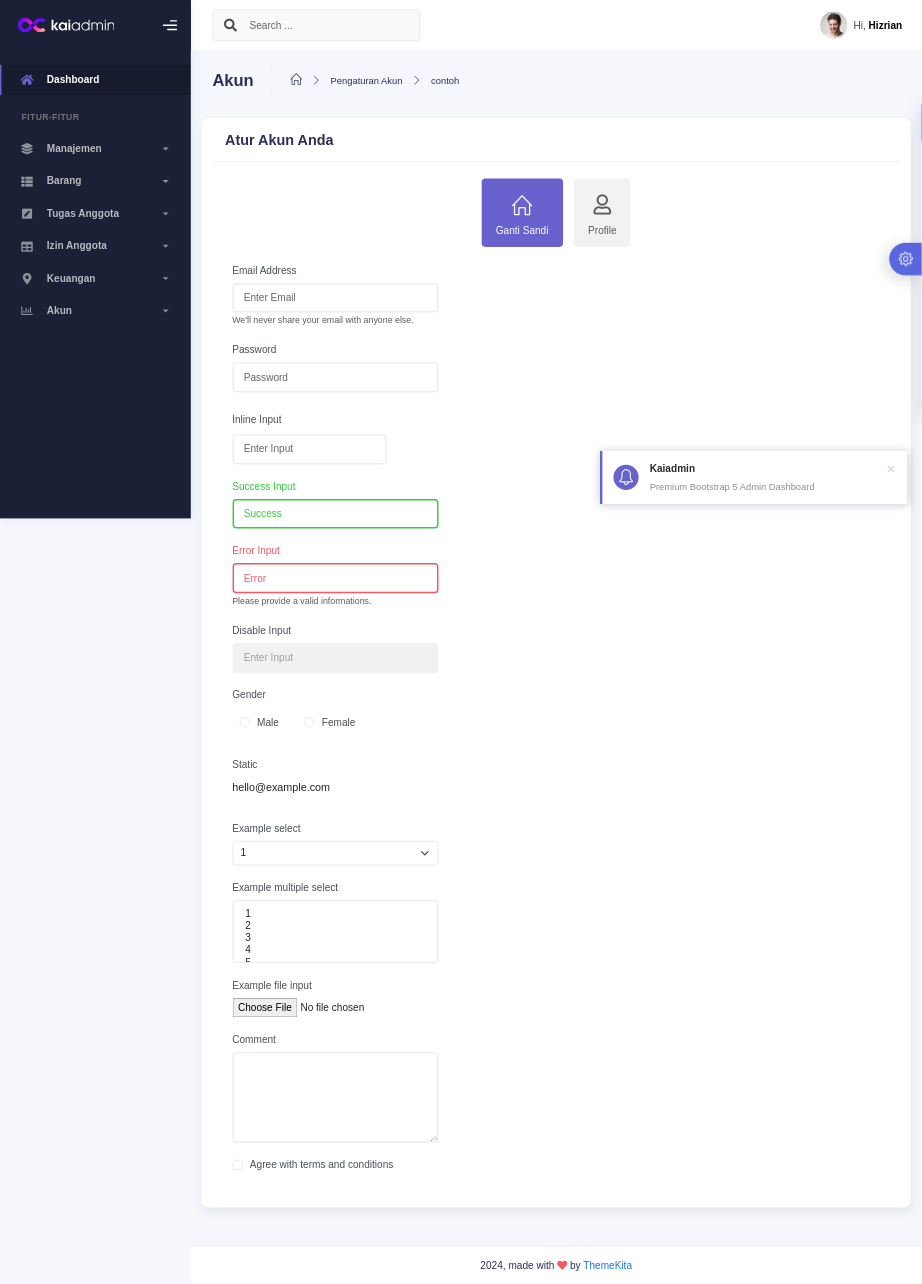
Repository: fatkquladhim/multimedia_laravel
Page: http://localhost/akun
These files come from the project's save history. The page is drawn as it stood at one moment and after the next save; the edit follows.
The browser window is 1280 px wide. The pictures show the whole page, at 72% of full size.
Some web fonts or font styles are not loaded; a fallback is used. The page is served by the project's Laravel application, run on PHP 8.4 with Laravel 12. Other server files are loaded and not shown.

Above is the page before, as saved 2025-08-16 23:09:58.
Console error: ReferenceError: jsVectorMap is not defined

### routes/web.php
<?php

use Illuminate\Support\Facades\Route;


Route::get('/', function () {
    return view('dashboard.admin');
});
Route::get('/anggota', function () {
    return view('anggota.tampil');
});
Route::get('/laptop', function () {
    return view('laptop.tampil');
});
Route::get('/alat', function () {
    return view('alat.tampil');
});
Route::get('/akses', function () {
    return view('akses.tampil');
});
Route::get('/peminjaman', function () {
    return view('peminjaman.tampil');
});
Route::get('/penyewaan', function () {
    return view('penyewaan.tampil');
});
Route::get('/tugas', function () {
    return view('tugas.tampil');
});
Route::get('/izin_malam', function () {
    return view('izin_malam.tampil');
});
Route::get('/izin_nugas', function () {
    return view('izin_nugas.tampil');
});
Route::get('/keuangan', function () {
    return view('keuangan.tampil');
});
Route::get('/akun', function () {
    return view('akun.tampil');
});
Route::get('/logout', function () {
    return view('logout.tampil');
});

### resources/views/akun/tampil.blade.php
@extends('layouts.master')
@section('content')
    <div class="page-inner">
        <div class="page-header">
            <h3 class="fw-bold mb-3">Akun</h3>
            <ul class="breadcrumbs mb-3">
                <li class="nav-home">
                    <a href="#">
                        <i class="icon-home"></i>
                    </a>
                </li>
                <li class="separator">
                    <i class="icon-arrow-right"></i>
                </li>
                <li class="nav-item">
                    <a href="#">Pengaturan Akun</a>
                </li>
                <li class="separator">
                    <i class="icon-arrow-right"></i>
                </li>
                <li class="nav-item">
                    <a href="#">contoh</a>
                </li>
            </ul>
        </div>
        <div class="row">
          <div class="card">
              <div class="card-header">
                <h4 class="card-title">Atur Akun Anda</h4>
              </div>
              <div class="card-body">
                <ul class="nav nav-pills nav-secondary  nav-pills-no-bd nav-pills-icons justify-content-center" id="pills-tab-with-icon" role="tablist">
                  <li class="nav-item">
                    <a class="nav-link active" id="pills-home-tab-icon" data-bs-toggle="pill" href="#pills-home-icon" role="tab" aria-controls="pills-home-icon" aria-selected="true">
                      <i class="icon-home"></i>
                      Ganti Sandi
                    </a>
                  </li>
                  <li class="nav-item">
                    <a class="nav-link" id="pills-profile-tab-icon" data-bs-toggle="pill" href="#pills-profile-icon" role="tab" aria-controls="pills-profile-icon" aria-selected="false">
                      <i class="far fa-user"></i>
                      Profile
                    </a>
                  </li>
                </ul>
                <div class="row">
                  <div class="tab-content mt-2 mb-3" id="pills-with-icon-tabContent">
                    <div class="tab-pane fade show active" id="pills-home-icon" role="tabpanel" aria-labelledby="pills-home-tab-icon">
                      <div class="col-md-6 col-lg-4">
                        <div class="form-group">
                          <label for="email2">Email Address</label>
                          <input
                            type="email"
                            class="form-control"
                            id="email2"
                            placeholder="Enter Email"
                          />
                          <small id="emailHelp2" class="form-text text-muted"
                            >We'll never share your email with anyone
                            else.</small
                          >
                        </div>
                        <div class="form-group">
                          <label for="password">Password</label>
                          <input
                            type="password"
                            class="form-control"
                            id="password"
                            placeholder="Password"
                          />
                        </div>
                        <div class="form-group form-inline">
                          <label
                            for="inlineinput"
                            class="col-md-3 col-form-label"
                            >Inline Input</label
                          >
                          <div class="col-md-9 p-0">
                            <input
                              type="text"
                              class="form-control input-full"
                              id="inlineinput"
                              placeholder="Enter Input"
                            />
                          </div>
                        </div>
                        <div class="form-group has-success">
                          <label for="successInput">Success Input</label>
                          <input
                            type="text"
                            id="successInput"
                            value="Success"
                            class="form-control"
                          />
                        </div>
                        <div class="form-group has-error has-feedback">
                          <label for="errorInput">Error Input</label>
                          <input
                            type="text"
                            id="errorInput"
                            value="Error"
                            class="form-control"
                          />
                          <small id="emailHelp" class="form-text text-muted"
                            >Please provide a valid informations.</small
                          >
                        </div>
                        <div class="form-group">
                          <label for="disableinput">Disable Input</label>
                          <input
                            type="text"
                            class="form-control"
                            id="disableinput"
                            placeholder="Enter Input"
                            disabled
                          />
                        </div>
                        <div class="form-group">
                          <label>Gender</label><br />
                          <div class="d-flex">
                            <div class="form-check">
                              <input
                                class="form-check-input"
                                type="radio"
                                name="flexRadioDefault"
                                id="flexRadioDefault1"
                              />
                              <label
                                class="form-check-label"
                                for="flexRadioDefault1"
                              >
                                Male
                              </label>
                            </div>
                            <div class="form-check">
                              <input
                                class="form-check-input"
                                type="radio"
                                name="flexRadioDefault"
                                id="flexRadioDefault2"
                                checked
                              />
                              <label
                                class="form-check-label"
                                for="flexRadioDefault2"
                              >
                                Female
                              </label>
                            </div>
                          </div>
                        </div>
                        <div class="form-group">
                          <label class="control-label"> Static </label>
                          <p class="form-control-static">hello@example.com</p>
                        </div>
                        <div class="form-group">
                          <label for="exampleFormControlSelect1"
                            >Example select</label
                          >
                          <select
                            class="form-select"
                            id="exampleFormControlSelect1"
                          >
                            <option>1</option>
                            <option>2</option>
                            <option>3</option>
                            <option>4</option>
                            <option>5</option>
                          </select>
                        </div>
                        <div class="form-group">
                          <label for="exampleFormControlSelect2"
                            >Example multiple select</label
                          >
                          <select
                            multiple
                            class="form-control"
                            id="exampleFormControlSelect2"
                          >
                            <option>1</option>
                            <option>2</option>
                            <option>3</option>
                            <option>4</option>
                            <option>5</option>
                          </select>
                        </div>
                        <div class="form-group">
                          <label for="exampleFormControlFile1"
                            >Example file input</label
                          >
                          <input
                            type="file"
                            class="form-control-file"
                            id="exampleFormControlFile1"
                          />
                        </div>
                        <div class="form-group">
                          <label for="comment">Comment</label>
                          <textarea class="form-control" id="comment" rows="5">
                          </textarea>
                        </div>
                        <div class="form-check">
                          <input
                            class="form-check-input"
                            type="checkbox"
                            value=""
                            id="flexCheckDefault"
                          />
                          <label
                            class="form-check-label"
                            for="flexCheckDefault"
                          >
                            Agree with terms and conditions
                          </label>
                        </div>
                      </div>
                    </div>
                    <div class="tab-pane fade" id="pills-profile-icon" role="tabpanel" aria-labelledby="pills-profile-tab-icon">
                     <div class="card">
                        <div class="form-group">
                          <label for="email2">Email Address</label>
                          <input
                            type="email"
                            class="form-control"
                            id="email2"
                            placeholder="Enter Email"
                          />
                          <small id="emailHelp2" class="form-text text-muted"
                            >We'll never share your email with anyone
                            else.</small
                          >
                        </div>
                        <div class="form-group">
                          <label for="password">Password</label>
                          <input
                            type="password"
                            class="form-control"
                            id="password"
                            placeholder="Password"
                          />
                        </div>
                        <div class="form-group form-inline">
                          <label
                            for="inlineinput"
                            class="col-md-3 col-form-label"
                            >Inline Input</label
                          >
                          <div class="col-md-9 p-0">
                            <input
                              type="text"
                              class="form-control input-full"
                              id="inlineinput"
                              placeholder="Enter Input"
                            />
                          </div>
                        </div>
                        <div class="form-group has-success">
                          <label for="successInput">Success Input</label>
                          <input
                            type="text"
                            id="successInput"
                            value="Success"
                            class="form-control"
                          />
                        </div>
                        <div class="form-group has-error has-feedback">
                          <label for="errorInput">Error Input</label>
                          <input
                            type="text"
                            id="errorInput"
                            value="Error"
                            class="form-control"
                          />
                          <small id="emailHelp" class="form-text text-muted"
                            >Please provide a valid informations.</small
                          >
                        </div>
                        <div class="form-group">
                          <label for="disableinput">Disable Input</label>
                          <input
                            type="text"
                            class="form-control"
                            id="disableinput"
                            placeholder="Enter Input"
                            disabled
                          />
                        </div>
                        <div class="form-group">
                          <label>Gender</label><br />
                          <div class="d-flex">
                            <div class="form-check">
                              <input
                                class="form-check-input"
                                type="radio"
                                name="flexRadioDefault"
                                id="flexRadioDefault1"
                              />
                              <label
                                class="form-check-label"
                                for="flexRadioDefault1"
                              >
                                Male
                              </label>
                            </div>
                            <div class="form-check">
                              <input
                                class="form-check-input"
                                type="radio"
                                name="flexRadioDefault"
                                id="flexRadioDefault2"
                                checked
                              />
                              <label
                                class="form-check-label"
                                for="flexRadioDefault2"
                              >
                                Female
                              </label>
                            </div>
                          </div>
                        </div>
                        <div class="form-group">
                          <label class="control-label"> Static </label>
                          <p class="form-control-static">hello@example.com</p>
                        </div>
                        <div class="form-group">
                          <label for="exampleFormControlSelect1"
                            >Example select</label
                          >
                          <select
                            class="form-select"
                            id="exampleFormControlSelect1"
                          >
                            <option>1</option>
                            <option>2</option>
                            <option>3</option>
                            <option>4</option>
                            <option>5</option>
                          </select>
                        </div>
                        <div class="form-group">
                          <label for="exampleFormControlSelect2"
                            >Example multiple select</label
                          >
                          <select
                            multiple
                            class="form-control"
                            id="exampleFormControlSelect2"
                          >
                            <option>1</option>
                            <option>2</option>
                            <option>3</option>
                            <option>4</option>
                            <option>5</option>
                          </select>
                        </div>
                        <div class="form-group">
                          <label for="exampleFormControlFile1"
                            >Example file input</label
                          >
                          <input
                            type="file"
                            class="form-control-file"
                            id="exampleFormControlFile1"
                          />
                        </div>
                        <div class="form-group">
                          <label for="comment">Comment</label>
                          <textarea class="form-control" id="comment" rows="5">
                          </textarea>
                        </div>
                        <div class="form-check">
                          <input
                            class="form-check-input"
                            type="checkbox"
                            value=""
                            id="flexCheckDefault"
                          />
                          <label
                            class="form-check-label"
                            for="flexCheckDefault"
                          >
                            Agree with terms and conditions
                          </label>
                        </div>
                      </div>
                    </div>
                  </div>
                </div>
              </div>
            </div>
        </div>
    </div>
@endsection

### resources/views/partials/footer.blade.php
<footer class="footer">
    <div class="container-fluid d-flex justify-content-center">
    <div class="copyright">
        2024, made with <i class="fa fa-heart heart text-danger"></i> by
        <a href="http://www.themekita.com">ThemeKita</a>
    </div>
    </div>
</footer>

Loaded but not shown: public/js/plugin/webfont/webfont.min.js (library); public/css/bootstrap.min.css (library); public/css/plugins.min.css (library); public/css/kaiadmin.min.css (library); public/css/fonts.min.css (library); public/js/core/jquery-3.7.1.min.js (library); public/js/core/popper.min.js (library); public/js/core/bootstrap.min.js (library); public/js/plugin/jquery-scrollbar/jquery.scrollbar.min.js (library); public/js/plugin/chart.js/chart.min.js (library); public/js/plugin/jquery.sparkline/jquery.sparkline.min.js (library); public/js/plugin/chart-circle/circles.min.js (library); public/js/plugin/datatables/datatables.min.js (library); public/js/plugin/bootstrap-notify/bootstrap-notify.min.js (library); public/js/plugin/sweetalert/sweetalert.min.js (library); public/js/kaiadmin.min.js (library); public/img/kaiadmin/logo_light.svg (54 lines, source omitted); public/js/demo.js (429 lines, source omitted); public/js/setting-demo.js (105 lines, source omitted); public/css/demo.css (312 lines, source omitted); resources/views/partials/header.blade.php (195 lines, source omitted); resources/views/partials/sidebar.blade.php (171 lines, source omitted); resources/views/partials/custom.blade.php (190 lines, source omitted); resources/views/layouts/master.blade.php (156 lines, source omitted)

After the next save:
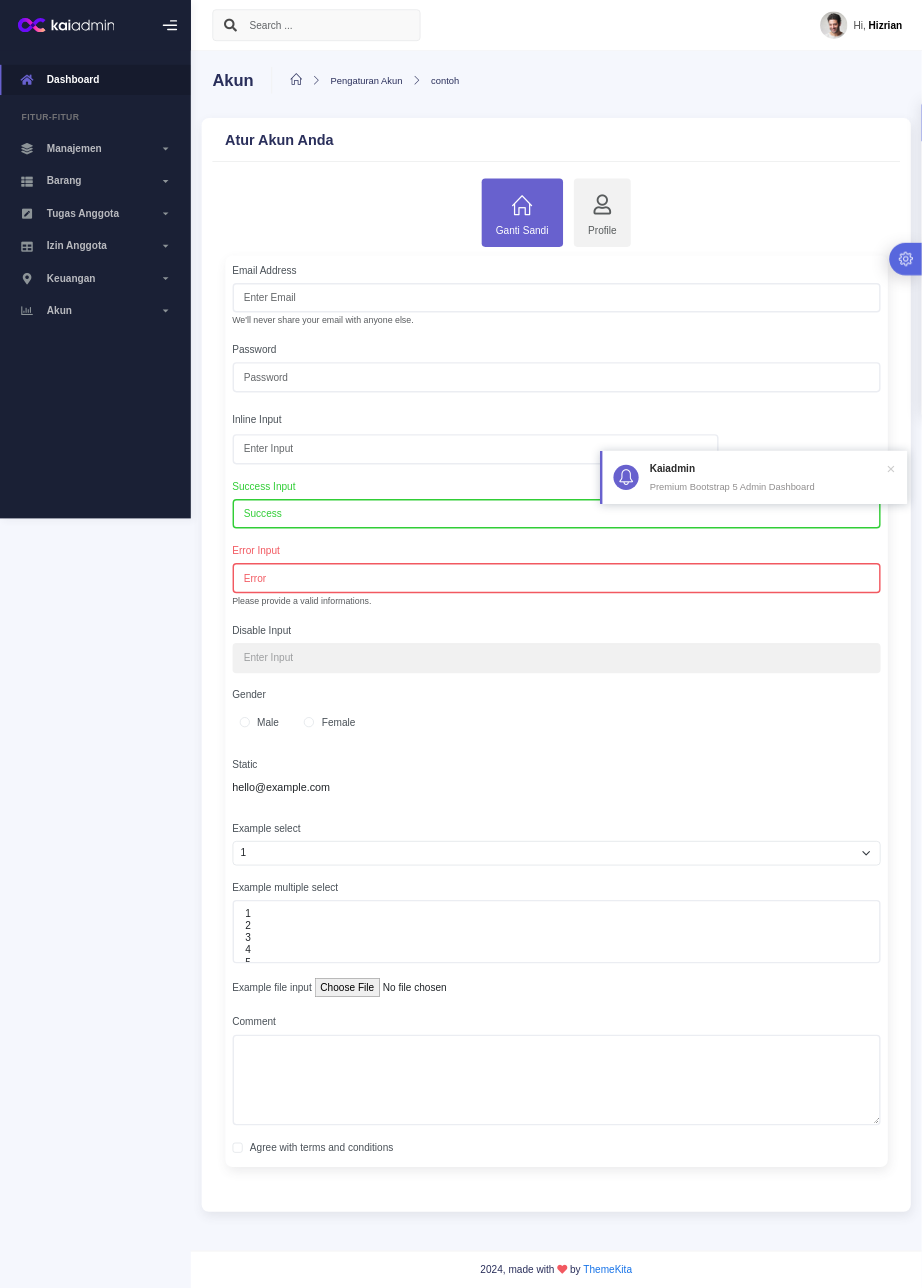
Saved 13 s later.
--- a/resources/views/akun/tampil.blade.php
+++ b/resources/views/akun/tampil.blade.php
@@ -46,7 +46,7 @@
                 <div class="row">
                   <div class="tab-content mt-2 mb-3" id="pills-with-icon-tabContent">
                     <div class="tab-pane fade show active" id="pills-home-icon" role="tabpanel" aria-labelledby="pills-home-tab-icon">
-                      <div class="col-md-6 col-lg-4">
+                      <div class="card">
                         <div class="form-group">
                           <label for="email2">Email Address</label>
                           <input
